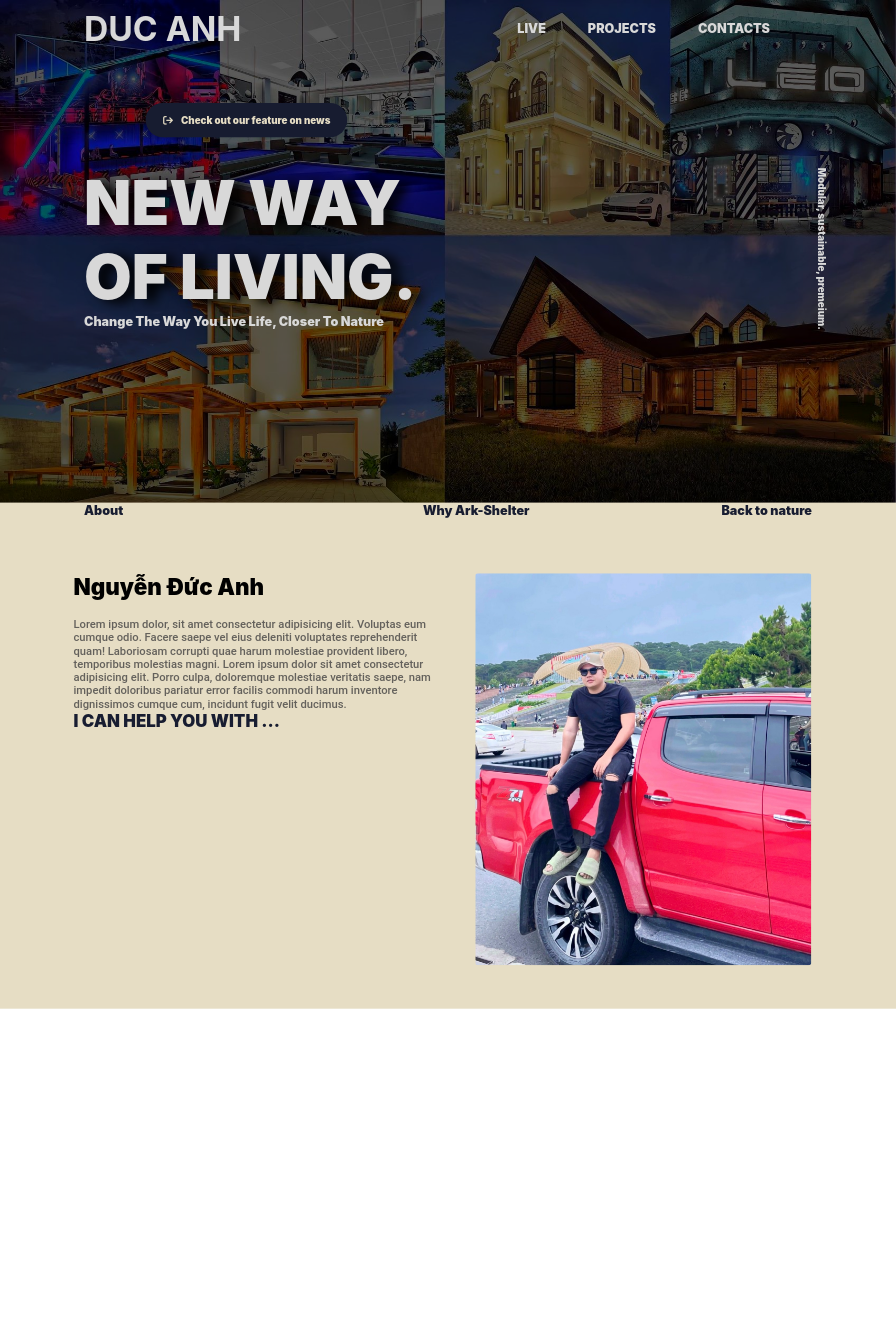
Repository: Ethanxcode/DucAnhNguyen
Page: index.html
The author's editor kept a copy of each file at every save. The page is drawn from the files as they stood at one save, then again after the next save.
The browser window is 1280 px wide. The pictures show the part of the page from y = 0 to 1920 px (the page is 10000 px tall), at 70% of full size.

Above is the page before, as saved 2023-01-14 02:05:08.

After the next save:
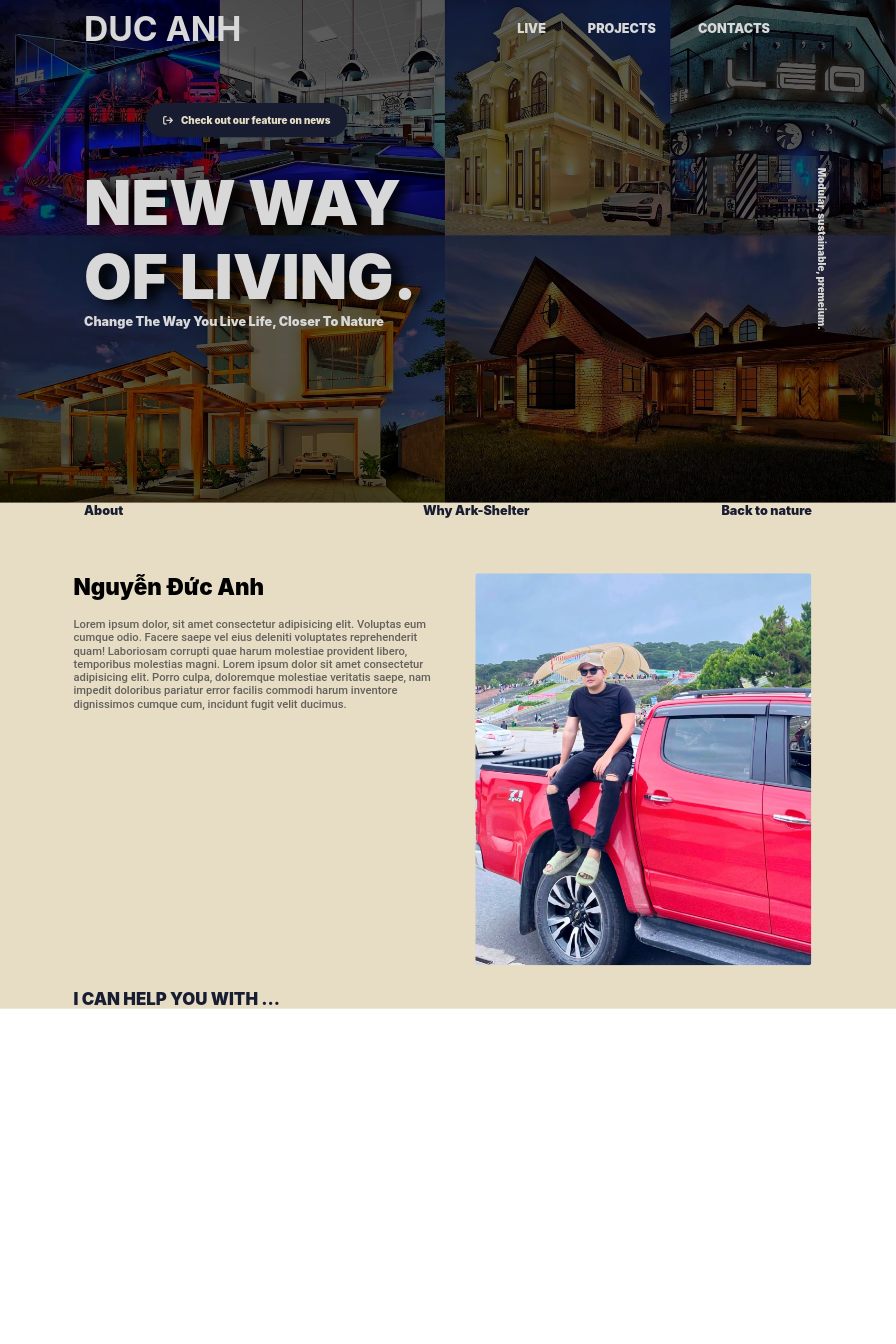
Saved 4 s later.
--- a/style.css
+++ b/style.css
@@ -489,4 +489,5 @@ subHeaderMenu > ul > li > a {
 
 .subContent {
 	position: absolute;
-}
+	bottom: 0;
+}
